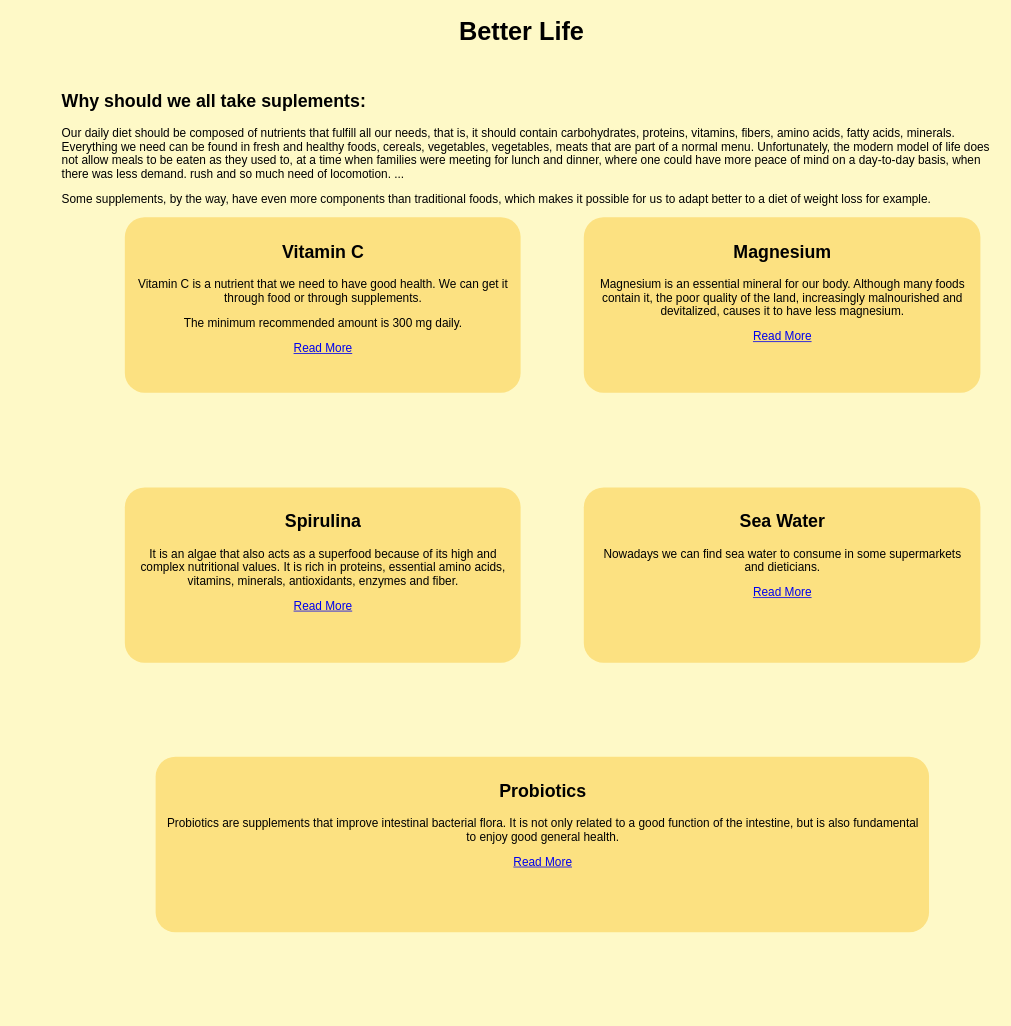
Repository: DSerenoG/Assessment2
Page: index.html
The author's editor kept a record of every edit. The page is drawn from the files as they stood at one moment, then again after the next edit.
The browser window is 1280 px wide. The pictures show the whole page, at 79% of full size.

Above is the page before.

After the next edit:
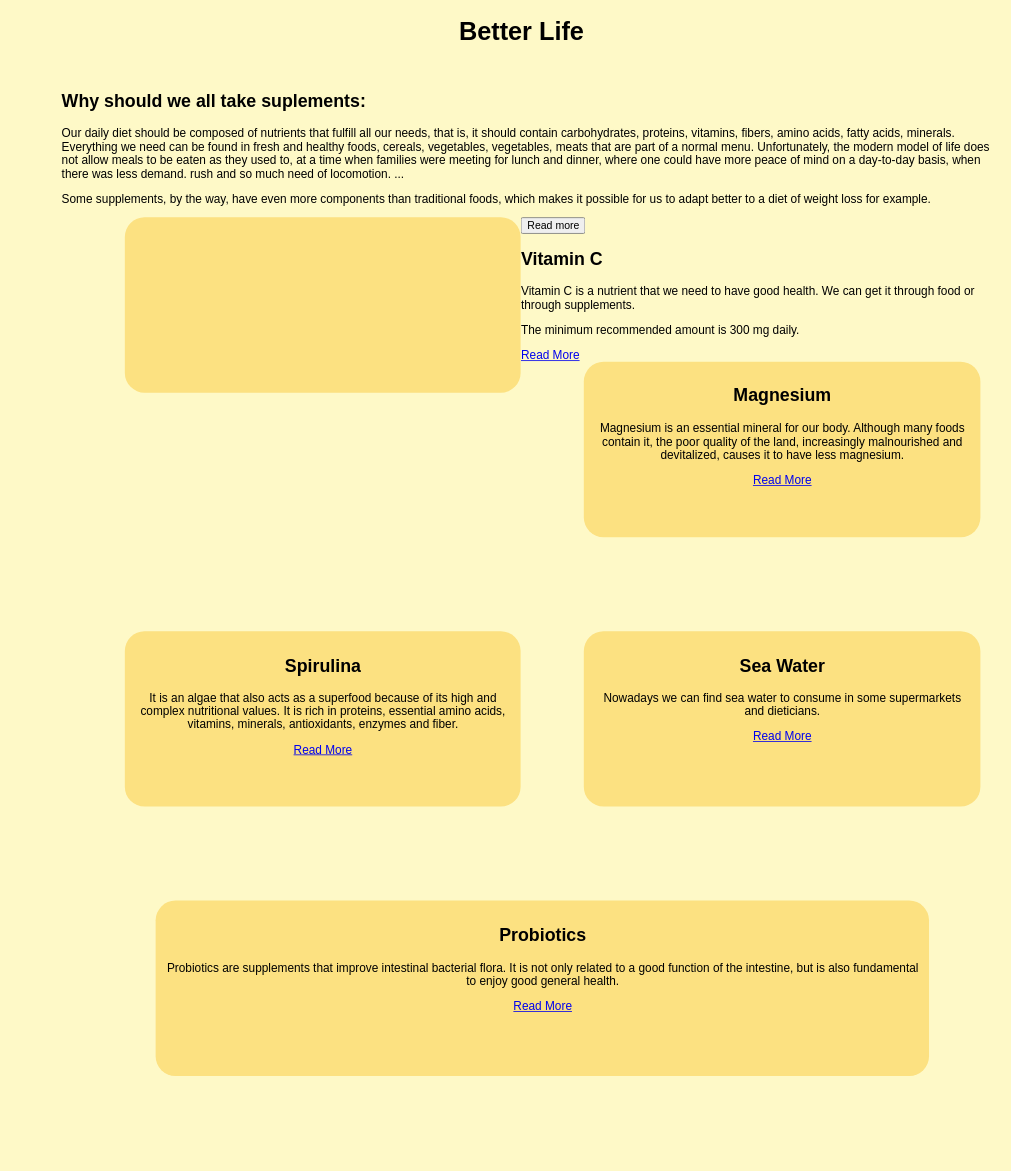
The edit:
--- a/index.html
+++ b/index.html
@@ -26,7 +26,7 @@
             <p>Some supplements, by the way, have even more components than traditional foods, which makes it possible for us to adapt better to a diet of weight loss for example.
 
              </span></p>
-
+          <p><button onclick="myFunction()" id="myBtn">Read more</button>
         </reason>
 
         <suplement1  id="boxes">

After the edit that followed:
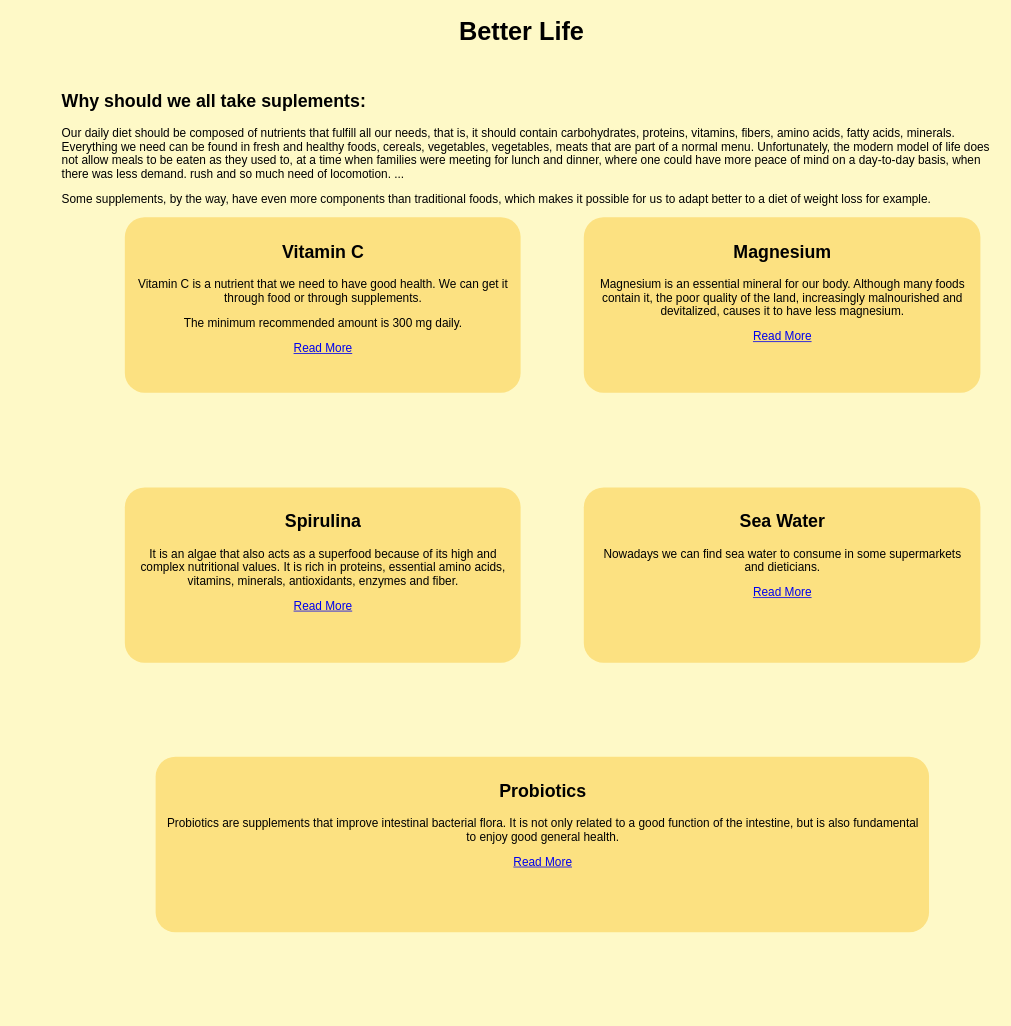
The edit:
--- a/index.html
+++ b/index.html
@@ -24,9 +24,8 @@
             Unfortunately, the modern model of life does not allow meals to be eaten as they used to, at a time when families were meeting for lunch and dinner, where one could have more peace of mind on a day-to-day basis, when there was less demand. rush and so much need of locomotion. <span id="dots">...</span><span id="more">
             That's where the supplements come in. Supplements are nothing more than complements of the nutrients we need, but produced chemically, so that we have in our bodies what normal food could provide us.
             <p>Some supplements, by the way, have even more components than traditional foods, which makes it possible for us to adapt better to a diet of weight loss for example.
+             </span></p>
 
-             </span></p>
-          <p><button onclick="myFunction()" id="myBtn">Read more</button>
         </reason>
 
         <suplement1  id="boxes">
